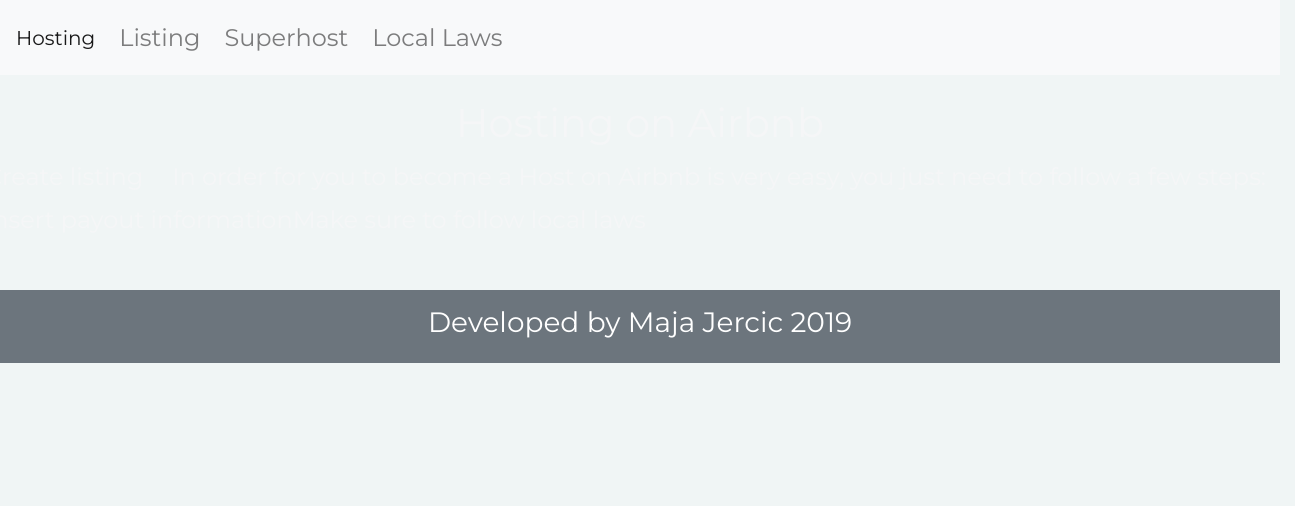
Repository: Maja-Jer/Hosting-on-Airbnb
Page: index.html
The author's editor kept a record of every edit. The page is drawn from the files as they stood at one moment, then again after the next edit.
The browser window is 1280 px wide. The page is 1295 px wide, then 1280 px, so the pictures cover 1295 px, including what lies to the right of the window. The pictures show the whole page.
Some web libraries are served in a nearby version.

Above is the page before.
Console error: TypeError: Cannot read properties of undefined (reading 'fn')

### index.html
<!DOCTYPE html>
<html lang="en">

<head>
    <meta charset="UTF-8">
    <meta name="viewport" content="width=device-width, initial-scale=1">
    <meta http-equiv="X-UA-Compatible" content="ie=edge">
    <link rel="stylesheet" href="https://stackpath.bootstrapcdn.com/bootstrap/4.3.1/css/bootstrap.min.css" integrity="sha384-ggOyR0iXCbMQv3Xipma34MD+dH/1fQ784/j6cY/iJTQUOhcWr7x9JvoRxT2MZw1T" crossorigin="anonymous">
    <script src="https://stackpath.bootstrapcdn.com/bootstrap/4.3.1/js/bootstrap.min.js" integrity="sha384-JjSmVgyd0p3pXB1rRibZUAYoIIy6OrQ6VrjIEaFf/nJGzIxFDsf4x0xIM+B07jRM" crossorigin="anonymous"></script>
    <link rel="stylesheet" href="https://use.fontawesome.com/releases/v5.6.1/css/all.css" integrity="sha384-gfdkjb5BdAXd+lj+gudLWI+BXq4IuLW5IT+brZEZsLFm++aCMlF1V92rMkPaX4PP" crossorigin="anonymous">
    <link href="https://fonts.googleapis.com/css?family=Montserrat" rel="stylesheet">
    <link rel="stylesheet" href="style.css" type="text/css" />
    <title>Hosting on Airbnb</title>
</head>

<body>

    <!---------------Navgation-------->
    <nav class="navbar navbar-light bg-light navbar-expand-sm">
         <a href="/" class="navbar-brand">Hosting</a>

        <!---------------Dropdown menu-------->
        <button class="navbar-toggler ml-auto" type="button" data-toggle="collapse" data-target="#navbarNavDropdown" aria-controls="navbarNavDropdown" aria-expanded="false" aria-label="Toggle navigation">
        <span class="navbar-toggler-icon"></span></button>

        <div class="collapse navbar-collapse" id="navbarNavDropdown">
            <ul class="navbar-nav mr-auto">
                <li class="nav-item mr-2"><a class="nav-link" href="#listing">Listing</a></li>
                <li class="nav-item mr-2"><a class="nav-link" href="#superhost">Superhost</a></li>
                <li class="nav-item mr-2"><a class="nav-link" href="#local-laws">Local Laws</a></li>

            </ul>
        </div>

    </nav>


<main>
    <section class= "wrapper">
        <div class="container-fluid p-0">
            <div class="row justify-content-center">
                <header>
                    <h1 class="text-center mt-4">Hosting on Airbnb</h1>
                </header>
                <ul>
                    In order for you to become a Host on Airbnb is very easy, you just need to follow a few steps:
                    <li>Create listing</li>
                    <li>Insert payout information</li>
                    <li>Make sure to follow local laws</li>
                </ul>
            </div>
        </div>

    </section>



</main>
<footer class= "bg-secondary mt-5 p-3">
    <div class= "container-fluid">
        <div class= "col-12 text-white">
            <h3>Developed by Maja Jercic 2019</h3>
        </div>
    </div>

</footer>




    <script src="https://code.jquery.com/jquery-3.3.1.slim.min.js" integrity="sha384-q8i/X+965DzO0rT7abK41JStQIAqVgRVzpbzo5smXKp4YfRvH+8abtTE1Pi6jizo" crossorigin="anonymous"></script>
    <script src="https://cdnjs.cloudflare.com/ajax/libs/popper.js/1.14.7/umd/popper.min.js" integrity="sha384-UO2eT0CpHqdSJQ6hJty5KVphtPhzWj9WO1clHTMGa3JDZwrnQq4sF86dIHNDz0W1" crossorigin="anonymous"></script>

    </div>
    </main>
    <script src="https://stackpath.bootstrapcdn.com/bootstrap/4.3.1/js/bootstrap.min.js" integrity="sha384-JjSmVgyd0p3pXB1rRibZUAYoIIy6OrQ6VrjIEaFf/nJGzIxFDsf4x0xIM+B07jRM" crossorigin="anonymous"></script>



</body>

</html>

### style.css
article, aside, figcaption, figure, footer, header, hgroup, main, nav, section {
    display: block;
}

body {
  font: 20px Montserrat, sans-serif;
  line-height: 1.8;
  color: #f5f6f7;
  background-color: #f0f5f5;
  text-align: center;
  font-weight: 400;

}

/*----------------------- header*/

head {
  font-family: 'Roboto', sans-serif;
}



/*----------------------navigation bar*/

ul {
  list-style-type: none;
  margin: 0;
  padding: 0;
  overflow: hidden;
  font-weight: normal;
  font-size: 24px;
}

li {
  float: left;
}

navbar {
  color: #FF5A5F;

}

li a {
  display: block;
  color: white;
  text-align: center;
  padding: 14px 16px;
  text-decoration: none;

}

li a:hover {
  background-color: #FF5A5F;
  color: white;
  text-decoration: none;
  font-weight: bold;
}

/*---------------------end of navigation bar*/



/*---------------------footer*/

.p-3 {
    padding: 1rem!important;
}

.mt-5, .my-5 {
    margin-top: 3rem!important;
}

After the next edit:
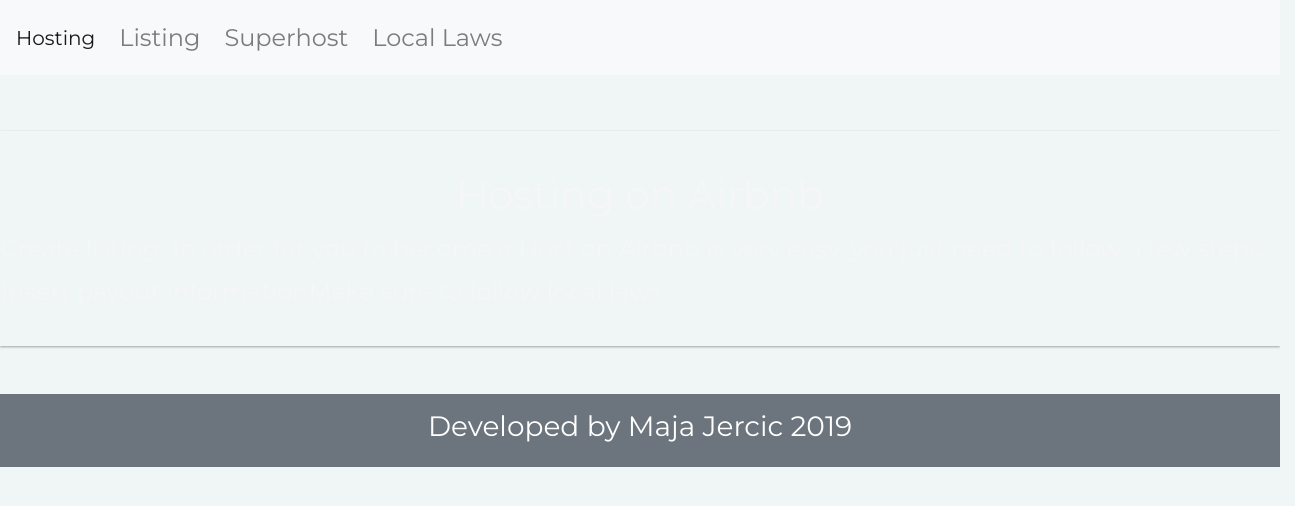
The edit:
--- a/style.css
+++ b/style.css
@@ -59,6 +59,13 @@
 /*---------------------end of navigation bar*/
 
 
+/*---------------------main*/
+.wrapper {
+    padding: 1rem 1rem 2rem 1rem;
+    -webkit-box-shadow: 0 1px 3px rgba(0, 0, 0, 0.12), 0 1px 2px rgba(0, 0, 0, 0.24);
+    box-shadow: 0 1px 3px rgba(0, 0, 0, 0.12), 0 1px 2px rgba(0, 0, 0, 0.24);
+    margin-top: 56px;
+}
 
 /*---------------------footer*/
 
